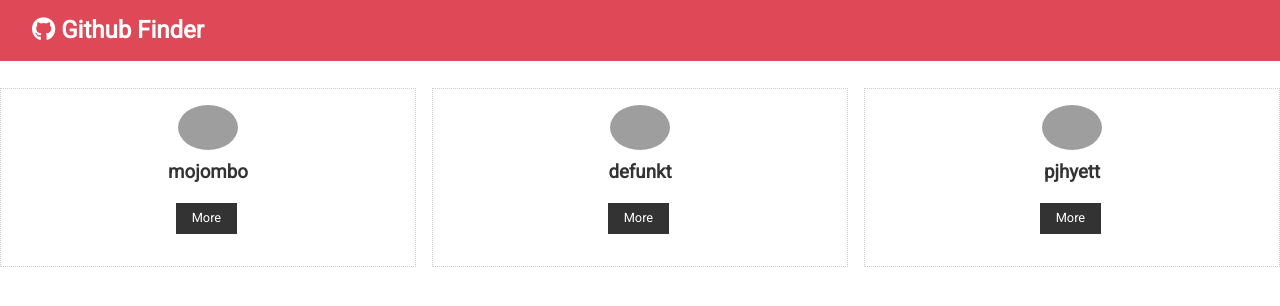
Repository: chonax/github-finder
Page: /
These files come from the project's save history. The page is drawn as it stood at one moment and after the next save; the edit follows.
The browser window is 1280 px wide. The pictures show the whole page.
Pictures or frames that could not be fetched are drawn as grey boxes. Some web libraries are served in a nearby version. The project was rebuilt for these pictures with package versions that can differ from the ones it lists, and the page was loaded fresh each time.

Above is the page before, as saved 2021-08-22 21:00:07.

### public/index.html
<!DOCTYPE html>
<html lang="en">
  <head>
    <meta charset="utf-8" />
    <link rel="icon" href="%PUBLIC_URL%/favicon.ico" />
    <meta name="viewport" content="width=device-width, initial-scale=1" />
    <meta name="theme-color" content="#000000" />
    <meta
      name="description"
      content="Web site created using create-react-app"
    />
    <link rel="apple-touch-icon" href="%PUBLIC_URL%/logo192.png" />

    <link rel="manifest" href="%PUBLIC_URL%/manifest.json" />
    <script src="https://kit.fontawesome.com/98884f96da.js" crossorigin="anonymous"></script>
    <title>Github Finder</title>
  </head>
  <body>
    <noscript>You need to enable JavaScript to run this app.</noscript>
    <div id="root"></div>
  </body>
</html>

### src/App.js
import React, { Component } from 'react';

import Navbar from './components/layout/Navbar';
import Users from './components/users/Users';
import './App.css';

class App extends Component {
  render() {
    return (
      <div className="App">
        <Navbar />
        <Users />
      </div>
    );
  }

}

export default App;

### src/components/layout/Navbar.js
import React, { Component } from 'react';
import PropTypes from 'prop-types';


class Navbar extends Component {
  static defaultProps = {
    title: 'Github Finder',
    icon: 'fab fa-github'
  }

  static propTypes = {
    title: PropTypes.string.isRequired,
    icon: PropTypes.string.isRequired
  }

  render() {
    return (
      <nav className="navbar bg-primary">
        <h1>
          <i className={this.props.icon} /> {this.props.title}
        </h1>
      </nav>
    )
  }
}

export default Navbar;

### src/components/users/Users.js
import React, { Component } from 'react';
import UserItem from './Useritem';

class Users extends Component {
  state = {
    users: [
      {
        id: '1',
        login: 'mojombo',
        avatar_url: 'https://avatars0.githubusercontent.com/u/1?v=4',
        html_url: 'https//github.com/mojombo',
      },
      {
        id: '2',
        login: 'defunkt',
        avatar_url: 'https://avatars0.githubusercontent.com/u/2?v=4',
        html_url: 'https//github.com/defunkt',
      },
      {
        id: '3',
        login: 'pjhyett',
        avatar_url: 'https://avatars0.githubusercontent.com/u/3?v=4',
        html_url: 'https//github.com/pjhyett',
      },
    ]
  }

  render() {
    return (
      <div style={userStyle}>
        {this.state.users.map(user => (
          <UserItem key={user.id} user={user} />
        ))}
      </div>
    )
  }
}

const userStyle = {
  display: 'grid',
  gridTemplateColumns: 'repeat(3, 1fr)',
  gridGap: '1rem',
}

export default Users;

### src/components/users/Useritem.js
import React, { Component } from 'react';

class Useritem extends Component {
  render() {
    const { login, avatar_url, html_url } = this.props.user;

    return (
      <div className="card text-center">
        <img
          alt=""
          src={avatar_url}
          className="round-img"
          style={{width: '60px'}}
        />
        <h3>{login}</h3>
        <div>
          <a href={html_url} className="btn btn-dark btn-sm my-1">
            More
          </a>
        </div>
      </div>
    )
  }
}

export default Useritem;

Loaded but not shown: src/index.js (common file); src/reportWebVitals.js (common file); src/App.css (common file)

After the next save:
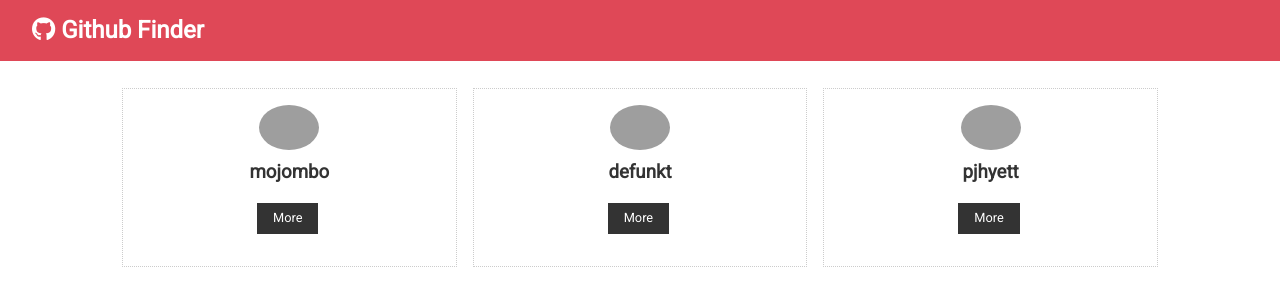
Saved 40 s later.
--- a/src/App.js
+++ b/src/App.js
@@ -9,7 +9,9 @@
     return (
       <div className="App">
         <Navbar />
-        <Users />
+          <div className="container">
+            <Users />
+          </div>
       </div>
     );
   }
